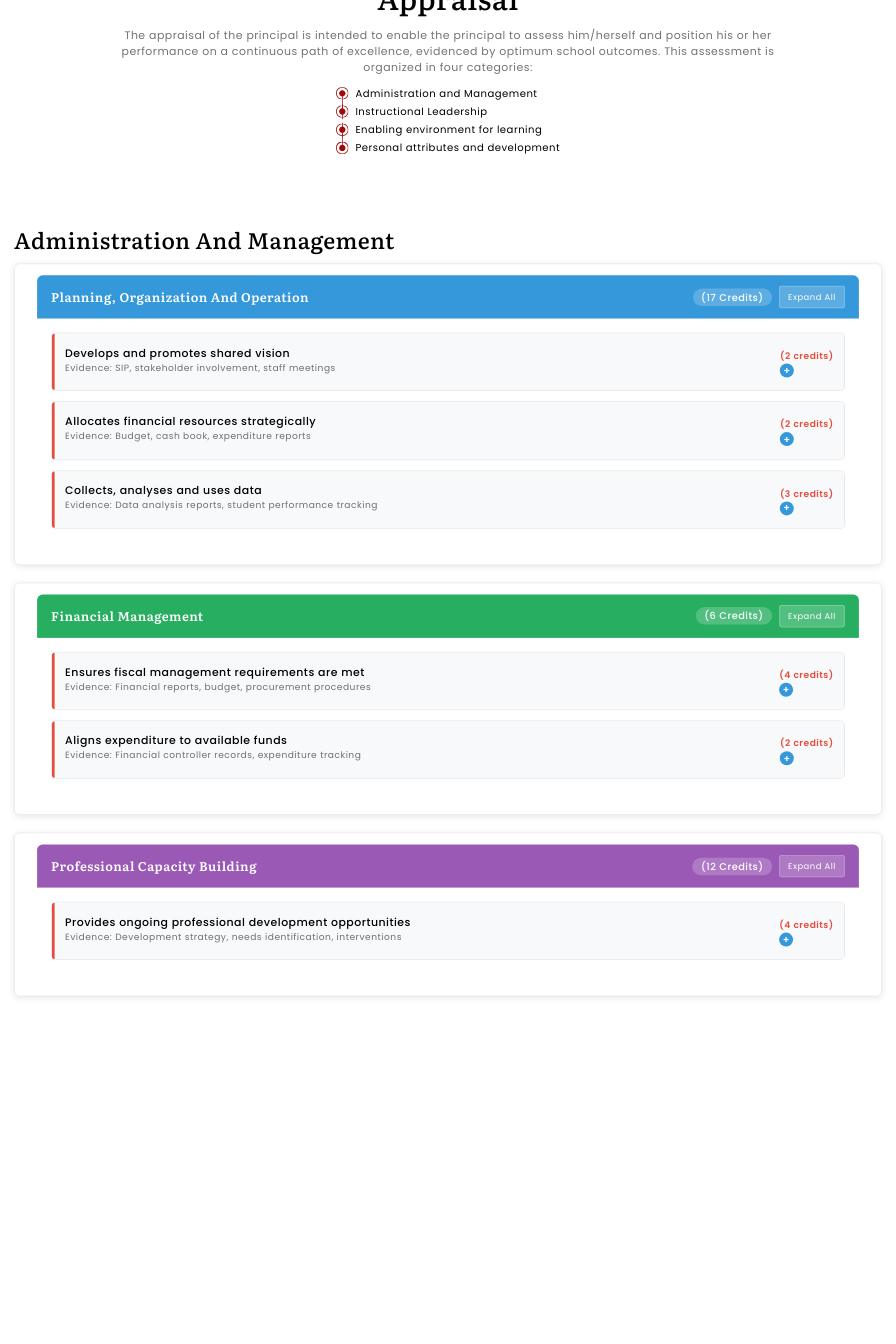
Repository: Dana204/principal-appraisal
Page: /
These files come from the project's save history. The page is drawn as it stood at one moment and after the next save; the edit follows.
The browser window is 1280 px wide. The pictures show the part of the page from y = 556 to 2476 px (the page is 2804 px tall before and 2767 px after), at 70% of full size.
Backgrounds fixed to the window are drawn as part of the page. The project was rebuilt for these pictures with package versions that can differ from the ones it lists, and the page was loaded fresh each time. Also part of the build but not shown: vite.config.js, src/components/ButtonFilled/ButtonFilled.css, src/components/ButtonFilled/ButtonFilled.jsx, src/components/HeroSection/HeroSection.css, src/components/SlidingText/SlidingText.css, src/components/SlidingText/SlidingText.jsx, src/components/HeroSection/HeroSection.jsx, src/components/SectionTitle/SectionTitle.css and 15 more.

Above is the page before, as saved 2025-08-02 09:28:02.

### index.html
<!doctype html>
<html lang="en">
  <head>
    <meta charset="UTF-8" />
    <link rel="icon" type="image/svg+xml" href="/vite.svg" />
    <meta name="viewport" content="width=device-width, initial-scale=1.0" />

    <link rel="preconnect" href="https://fonts.googleapis.com">
    <link rel="preconnect" href="https://fonts.gstatic.com" crossorigin>
    <link href="https://fonts.googleapis.com/css2?family=Literata:wght@200;300;400;500;600&family=Poppins:wght@200;300;400;500;600&display=swap" rel="stylesheet">


    <title>Vite + React</title>

  </head>
  <body>
    <div id="root"></div>
    <script type="module" src="/src/main.jsx"></script>
  </body>
</html>

### src/index.css
/** @format */

:root {
  --black: #000;
  --white: #fff;
  --cultured: #f8f9faff;
  /* --primary-color: #1A64A1ff; */
  --primary-color: #a30707;
  --secondary-color: #d10909;
  /* --primary-gradient: linear-gradient(90deg, #D10909, #FF3B3B, #FF6B6B, #333333); */
  /* --primary-gradient: linear-gradient(90deg, #D10909, #FF3B3B, #FF6B6B, #333333); */
  --primary-gradient: linear-gradient(90deg, #8b0606, #d10909, #ff3b3b);
  /* --primary-color: #0466c8; */
  /* --secondary-color: #E3F0FF; */
  --accent-color: #f5737f;
  /* --accent-color: #010E37ff; */
  --red: #e51e22;
  --oxford-blue: #010e37ff;
  --oxford-blue-2: #010e37ff;
  /* --red100: rgb(229, 31, 35, ); */

  /* --gray100: #e9ecef; */
  --gray100: #f2f4f6;
  --gray200: #e5e5e5;
  --gray300: #8d959d;
  --gray400: #6c757d;
  --gray500: #131515;
  --gray600: #16181d;
  /* --gray600: #16181d; */
  --gray700: #070606;
  --gray900: #1f1f1f;

  --literata: "Literata", serif;
  --box-shadow: 0 15px 30px rgba(0, 0, 0, 0.08);
  --box-shadow2: -20px 20px 20px rgba(0, 0, 0, 0.02);
  --box-shadow3: rgba(0, 0, 0, 0.08) 0px 7px 29px 0px;

  --px8: calc(8 / 16 * 1rem);
  --icon-size-sm: calc(14 / 16 * 1rem);
  --icon-size-md: calc(18 / 16 * 1rem);
  --icon-size-lg: calc(24 / 16 * 1rem);
  --icon-size-xl: calc(32 / 16 * 1rem);
  /* --icon-size-sm: calc(20 / 16 * 1rem); */

  --spacing-sm: calc(5 / 16 * 1rem); /* 5px */
  --spacing-md: calc(10 / 16 * 1rem); /* 10px */
  --spacing-lg: calc(15 / 16 * 1rem); /* 15px */
  --spacing-xl: calc(20 / 16 * 1rem); /* 20px */
  --spacing-xxl: calc(32 / 16 * 1rem); /* 32px */

  --font-size-xs: calc(10 / 16 * 1rem); /* 10px */
  --font-size-sm: calc(14 / 16 * 1rem); /* 14px */
  --br-main: calc(25 / 16 * 1rem); /* 25px */
}

*,
*::before,
*::after {
  margin: 0;
  padding: 0;
  font-family: "poppins", sans-serif;
  box-sizing: border-box;
  scroll-behavior: smooth;
  letter-spacing: 0.7px;
  color: var(--eerie-black);
}

h1,
h2,
h3,
h4,
h5,
h6 {
  font-family: var(--literata);
  line-height: 1.2;
  text-transform: capitalize;
  font-weight: 500;
}

/* Responsive header tags using CSS clamp() */
h1 {
  font-size: clamp(
    1.5rem,
    5vw + 1rem,
    2.5rem
  ); /* Scales between 1.5rem and 2.5rem */
  /* font-weight: 500; */
}

h2 {
  font-size: clamp(
    1.25rem,
    4vw + 1rem,
    2rem
  ); /* Scales between 1.25rem and 2rem */
  /* font-weight: 500; */
}

h3 {
  font-size: clamp(
    1.1rem,
    3vw + 1rem,
    1.5rem
  ); /* Scales between 1.1rem and 1.75rem */
  font-weight: 400;
}

h4 {
  font-size: clamp(
    1rem,
    2.5vw + 0.8rem,
    1.5rem
  ); /* Scales between 1rem and 1.5rem */
  font-weight: 400;
}

h5 {
  font-size: clamp(
    0.9rem,
    2vw + 0.8rem,
    1.25rem
  ); /* Scales between 0.9rem and 1.25rem */
}

h6 {
  font-size: 1rem;
}

a {
  text-decoration: none;
}

ul {
  list-style-type: none;
}

button {
  /* outline: none; */
  cursor: pointer;
}

input {
  outline: none;
}

address {
  font-style: normal;
}

.container {
  max-width: 1500px;
  /* max-width: 1280px; */
  margin: 0 auto;
  padding: 0 var(--spacing-xl);
}

.grid-container {
  display: grid;
  grid-template-columns: repeat(auto-fit, minmax(250px, 1fr));
  gap: var(--spacing-xl);
}

.text-muted {
  color: var(--gray500);
  font-weight: 400;
  font-size: 0.975rem;
  opacity: 0.6;
}

.section-title {
  background: var(--gray100);
  padding: 0.5rem;
  border-radius: 8px;
  margin-bottom: 1rem;
  width: fit-content;
}

.section-subitem {
  background: var(--gray100);
  border: 1px solid var(--gray200);
  padding: 1rem 2rem;
  border-radius: 8px;
}

### src/App.jsx
/** @format */

import HomeSection from "./components/sections/HomeSection/HomeSection";
import ServicesSection from "./components/sections/ServicesSection/ServicesSection";
import NewsSection from "./components/sections/NewsSection/NewsSection";
import NetworkSection from "./components/sections/NetworkSection/NetworkSection";
import ContactSection from "./components/ContactSection/ContactSection";
import Footer from "./components/Footer/Footer";
import { Administration } from "./components/sections/Administration/Administration";

function App() {
  return (
    <>
      <HomeSection />
      <Administration />
      {/* <AboutSection />

			<ServicesSection />
			<NetworkSection />
			<NewsSection />
			<ContactSection />
			<Footer /> */}
    </>
  );
}

export default App;

### src/components/sections/HomeSection/HomeSection.jsx
/** @format */

import React from "react";
import HeaderTop from "../../HeaderTop/HeaderTop";
import Navbar from "../../Navbar/Navbar";
import HeroSection from "../../HeroSection/HeroSection";
import "./HomeSection.css";
import StyledList from "../../StyledList/StyledList";
import ButtonFilled from "../../ButtonFilled/ButtonFilled";

const HomeSection = () => {
  var data = [
    "Administration and Management",
    "Instructional Leadership",
    "Enabling environment for learning",
    "Personal attributes and development",
  ];
  return (
    <div className="home-section" id="home">
      <HeaderTop />
      <Navbar />
      <div className="home-section__banner container"></div>
      <div className="home-section__main container">
        <span className="section-title">Introduction</span>

        <h1>
          Principal Performance <br></br>Appraisal
        </h1>
        <p className="home-section__main-message text-muted">
          The appraisal of the principal is intended to enable the principal to
          assess him/herself and position his or her performance on a continuous
          path of excellence, evidenced by optimum school outcomes. This
          assessment is organized in four categories:
        </p>
        <StyledList items={data} />
      </div>
    </div>
  );
};

export default HomeSection;

### src/components/HeaderTop/HeaderTop.jsx
/** @format */

import React from "react";
import EmailIcon from "../../assets/icons/email.svg?react";
import PhoneIcon from "../../assets/icons/phone.svg?react";
import LocationIcon from "../../assets/icons/location.svg?react";
import InstagramIcon from "../../assets/icons/instagram.svg?react";
import LinkedInIcon from "../../assets/icons/linkedin.svg?react";
import TwitterIcon from "../../assets/icons/twitter.svg?react";
import "./HeaderTop.css";

const HeaderTop = () => {
  return (
    <div className="header-top">
      <div className="container">
        <span>Principal Performance Appraisal | Stacey Wilson-Reynolds</span>
        <span>
          {/* <b>Prepared By</b>: Stacey Wilson-Reynolds */}
          Every child can learn, every child must learn
        </span>
      </div>
    </div>
  );
};

export default HeaderTop;

### src/components/Navbar/Navbar.jsx
/** @format */

import React, { useState, useEffect } from "react";
import Logo from "../../assets/images/coat-of-arms.png";
import MenuIcon from "../../assets/icons/menu.svg?react";
import { Link, scrollSpy } from "react-scroll";
import ButtonFilled from "../ButtonFilled/ButtonFilled";
import "./Navbar.css";

const Navbar = () => {
  const navList = [
    "home",
    "Administration and Management",
    "Instructional Leadership",
    "Enabling Environment for Learning",
    "Personal attributes and development",
  ];

  const [scrolled, setScrolled] = useState(false);
  const [toggleMenu, setToggleMenu] = useState(false);

  const menuHandler = () => {
    setToggleMenu(!toggleMenu);
  };

  const scrollHandler = () => {
    if (window.scrollY > 50) {
      setScrolled(true);
    } else {
      setScrolled(false);
    }
  };

  useEffect(() => {
    scrollSpy.update();
  }, []);

  useEffect(() => {
    window.addEventListener("scroll", scrollHandler);
    return () => window.removeEventListener("scroll", scrollHandler);
  }, []);

  return (
    <nav aria-label="Main Navigation" className={scrolled ? "scrolled" : ""}>
      <div className="navbar container">
        <a href="https://moey.gov.jm/" aria-label="Homepage" target="_blank">
          <img alt="site logo" src={Logo} />
          <span>
            {" "}
            The Ministry of <br></br>Education
          </span>
        </a>
        <ul
          className={`navbar__list ${toggleMenu ? "toggled" : ""}`}
          role="list"
        >
          {navList.map((link, idx) => (
            <li key={idx}>
              <Link
                to={link.replaceAll(" ", "")}
                spy={true}
                smooth={true}
                duration={500}
                offset={-70}
                activeClass="active"
                isDynamic={true}
                tabIndex="0"
                aria-label={`Go to ${link} section`}
              >
                {link}
              </Link>
            </li>
          ))}
        </ul>

        <button onClick={menuHandler} className="navbar__menu">
          <MenuIcon />
        </button>
      </div>
    </nav>
  );
};

export default Navbar;

### src/components/sections/HomeSection/HomeSection.css
.home-section {
  position: relative;
}

.home-section__gradient {
  /* background: linear-gradient(110deg, #000 62%, transparent 60%); */
  background: linear-gradient(110deg, rgba(0, 0, 0, 0.9) 62%, transparent 60%);
  position: absolute;
  top: 0;
  bottom: 0;
  width: 100%;
}

.home-section__banner {
  border-radius: var(--br-main);
  background: url("../../../src/assets/images/home-banner.jpg");
  background-position: center;
  background-attachment: fixed;
  background-size: cover;
  background-repeat: no-repeat;
  display: flex;
  flex-wrap: wrap;
  align-items: center;
  min-height: 30vh;
  width: 100%;
}

.home-section__main {
  margin-top: 3rem;
  display: flex;
  flex-direction: column;
  justify-content: center;
  align-items: center;
  padding-top: var(--spacing-xl);
  padding-bottom: var(--spacing-xl);
  text-align: center;
}

.home-section__main > p {
  margin-top: 1rem;
}
.home-section__main-message {
  width: 100ch;
  margin-bottom: 1rem;
}

.home-section__main h1 {
  font-size: clamp(2rem, 2vw + 1rem, 46px);
}

.home-section__main > div h1 mark {
  color: var(--primary-color);
  background: transparent;
  font-family: var(--literata);
}

@media (max-width: 48rem) {
  .home-section__gradient {
    display: none;
  }
}

### src/components/StyledList/StyledList.jsx
import React from 'react'
import './StyledList.css'
import BulletIcon from '../../assets/icons/bullet2.svg?react'

const StyledList = ({items,variant='light', className=''}) => {
  return (
		<ul
			className={`styled-list ${className} ${variant}`}
			role='list'>
			{items.map((item, idx) => (
				<li key={idx}>
					<BulletIcon />
					<span>{item}</span>
				</li>
			))}
		</ul>
  );
}

export default StyledList

### src/components/sections/Administration/Administration.css
/** @format */

.administration {
  padding-top: 5rem;
  padding-bottom: 50rem;
}

.administration > h2 {
  margin-bottom: 1rem;
}

### src/components/SectionSubitem/SectionSubitem.jsx
import React, { useState } from "react";
import "./SectionSubitem.css";
import AccordionItem from "../AccordionItem/AccordionItem";
const SectionSubitem = ({
  title,
  titleBgColor = "#3498db",
  items = [],
  credits,
  className = "",
}) => {
  const [openItems, setOpenItems] = useState(new Set());

  const toggleItem = (index) => {
    const newOpenItems = new Set(openItems);
    if (newOpenItems.has(index)) {
      newOpenItems.delete(index);
    } else {
      newOpenItems.add(index);
    }
    setOpenItems(newOpenItems);
  };

  const toggleAll = () => {
    if (openItems.size === items.length) {
      setOpenItems(new Set());
    } else {
      setOpenItems(new Set(items.map((_, index) => index)));
    }
  };

  return (
    <div className={`section-subitem ${className}`}>
      <div
        className="section-subitem-header"
        style={{ backgroundColor: titleBgColor }}
      >
        <h3 className="section-subitem-title">
          {title}
          {credits && (
            <span className="credits-badge">({credits} credits)</span>
          )}
        </h3>
        {items.length > 0 && (
          <button className="toggle-all-btn" onClick={toggleAll} type="button">
            {openItems.size === items.length ? "Collapse All" : "Expand All"}
          </button>
        )}
      </div>
      <div className="section-subitem-body">
        {items.map((item, index) => (
          <AccordionItem
            key={index}
            title={item.title}
            credits={item.credits}
            evidence={item.evidence}
            detailContent={item.detailContent}
            isOpen={openItems.has(index)}
            onToggle={() => toggleItem(index)}
          />
        ))}
      </div>
    </div>
  );
};

export default SectionSubitem;

### src/components/HeaderTop/HeaderTop.css
.header-top {
  padding-top: var(--spacing-md);
  padding-bottom: var(--spacing-md);
  background: linear-gradient(
    110deg,
    rgba(0, 0, 0, 0.9) 60%,
    var(--gray100) 60%
  );
}

.header-top > div {
  display: flex;
  justify-content: space-between;
  font-size: 0.9rem;
}

.header-top > div span:first-child {
  color: var(--white);
}

@media (max-width: 860px) {
  .header-top {
    display: none;
  }
}

### src/components/Navbar/Navbar.css
/** @format */

nav {
  padding: 1rem 0;
  position: relative;
  top: 0;
  z-index: 1000;
  background: var(--white);
  width: 100%;
}

nav.scrolled {
  position: fixed;
  box-shadow: 0 4px 10px rgba(0, 0, 0, 0.1);
  padding-top: 0.4rem;
  padding-bottom: 0.4rem;
  transition: all ease-in 0.5s;
}

nav.scrolled .navbar > a {
  font-size: 1.5rem;
  transition: all ease-in 0.5s;
}

.navbar {
  display: flex;
  align-items: center;
  justify-content: space-between;
}

.navbar__menu {
  display: none;
  background: transparent;
  border: 0;
}

.navbar__menu svg {
  height: var(--icon-size-xl);
  width: var(--icon-size-xl);
}

.navbar-header {
  display: flex;
  align-items: center;
  gap: 0.5rem;
}

.navbar-header > a {
  width: 40%;
  margin: 0 auto;
  text-align: center;
}
.navbar-header > a span {
  font-family: var(--literata);
  font-size: clamp(1.5rem, 1.5vw + 0.5rem, 2rem);
  line-height: 1;
  margin-top: 5px;
}

.navbar-header > a img {
  height: clamp(50px, 5vw, 80px);
  transition: height 0.2s ease-out;
  display: block;
  margin: 0 auto;
}

.navbar > a {
  display: flex;
  align-items: center;
  gap: 0.5rem;
}

.navbar > a span {
  font-family: var(--literata);
  font-size: clamp(1.5rem, 1.5vw + 0.5rem, 2rem);
  line-height: 1;
  margin-top: 5px;
}

.navbar > a img {
  height: clamp(50px, 5vw, 80px);
  transition: height 0.2s ease-out;
}

/* Updated to target the correct class name */
.navbar__list {
  display: flex;
  flex-wrap: wrap;
  gap: var(--spacing-xl);
  max-width: 50%;
  margin-left: auto;
  padding: 0;
  text-align: right;
  justify-content: flex-end;
  align-items: center;
  list-style: none;
}

.navbar__list li a {
  text-align: right;
  font-size: var(--font-size-sm);
  text-transform: capitalize;
  cursor: pointer;
  position: relative;
  display: block;
}

.navbar__list li a:hover,
.navbar__list li a.active {
  color: var(--secondary-color);
}

.navbar__list li a::after {
  content: "";
  position: absolute;
  bottom: calc(-1 * var(--spacing-lg));
  left: 50%;
  transform: translateX(-50%);
  height: 5px;
  width: 5px;
  background: var(--secondary-color);
  border-radius: 25px;
  visibility: hidden;
}

.navbar__list li a:hover::after,
.navbar__list li a.active::after {
  transition: all ease-in 0.2s;
  visibility: visible;
  bottom: calc(-1 * var(--spacing-sm));
}

@media (max-width: 860px) {
  .navbar__menu {
    display: block;
  }

  .navbar__list {
    flex-direction: column;
    justify-content: space-evenly;
    align-items: center;
    background-color: var(--white);
    position: fixed;
    top: 0;
    left: -100%;
    height: 100vh;
    padding: var(--spacing-lg);
    width: 50%;
    transition: left ease-in 0.5s;
  }

  .navbar__list.toggled {
    left: 0;
  }

  .navbar__btn {
    display: none;
  }
}

### src/components/StyledList/StyledList.css
.styled-list li {
  position: relative;
  flex-wrap: wrap;
  display: flex;
  flex-wrap: nowrap;
  align-items: center;
  gap: var(--spacing-md);
}

.styled-list li:not(:last-child) {
  margin-bottom: var(--spacing-sm);
}

.styled-list li span {
  font-weight: 400;
  font-size: 0.9rem;
}
/* .styled-list.light li span {
  color: var(--white);
} */
.styled-list.dark li span {
  color: var(--black);
}

.styled-list li::before {
  content: "";
  position: absolute;
  left: calc(var(--icon-size-md) / 2);
  width: 1px;
  height: 100%;
  background: var(--primary-color);
}

.styled-list li:first-child::before {
  top: 50%;
}

.styled-list li:last-child::before {
  bottom: 50%;
}

.styled-list li svg {
  flex-shrink: 0;
  height: var(--icon-size-md);
  width: var(--icon-size-md);
  color: var(--primary-color);
}

### src/components/SectionSubitem/SectionSubitem.css
.demo-container h2 {
  text-align: center;
  color: #2c3e50;
  margin-bottom: 30px;
  font-size: 24px;
}

.section-subitem {
  margin-bottom: 25px;
  border-radius: 8px;
  box-shadow: 0 2px 10px rgba(0, 0, 0, 0.1);
  overflow: hidden;
  background: white;
}

.section-subitem-header {
  padding: 15px 20px;
  border-radius: 8px 8px 0 0;
  display: flex;
  justify-content: space-between;
  align-items: center;
  flex-wrap: wrap;
  gap: 10px;
}

.section-subitem-title {
  margin: 0;
  color: white;
  font-size: 18px;
  font-weight: 600;
  display: flex;
  justify-content: space-between;
  align-items: center;
  flex: 1;
}

.credits-badge {
  font-size: 14px;
  font-weight: 500;
  background: rgba(255, 255, 255, 0.2);
  padding: 4px 12px;
  border-radius: 15px;
  margin-left: 10px;
}

.toggle-all-btn {
  background: rgba(255, 255, 255, 0.2);
  color: white;
  border: 1px solid rgba(255, 255, 255, 0.3);
  padding: 6px 12px;
  border-radius: 4px;
  cursor: pointer;
  font-size: 12px;
  transition: all 0.3s ease;
}

.toggle-all-btn:hover {
  background: rgba(255, 255, 255, 0.3);
}

.section-subitem-body {
  padding: 20px;
  background: white;
}

### src/components/AccordionItem/AccordionItem.jsx
import React, { useState } from "react";
import "./AccordionItem.css";

const AccordionItem = ({
  title,
  credits,
  evidence,
  detailContent,
  isOpen,
  onToggle,
}) => {
  return (
    <div className="accordion-item">
      <div
        className="accordion-header"
        onClick={onToggle}
        role="button"
        tabIndex={0}
        onKeyDown={(e) => e.key === "Enter" && onToggle()}
      >
        <div className="action-text">
          <span className="action-title">{title}</span>
          <div className="evidence-text text-muted">Evidence: {evidence}</div>
        </div>
        <div>
          <span className="action-credits">({credits} credits)</span>
          <div className="accordion-icon">{isOpen ? "−" : "+"}</div>
        </div>
      </div>

      {isOpen && (
        <div className="accordion-content">
          <div className="accordion-content-inner">
            {typeof detailContent === "string" ? (
              <div dangerouslySetInnerHTML={{ __html: detailContent }} />
            ) : (
              detailContent
            )}
          </div>
        </div>
      )}
    </div>
  );
};

export default AccordionItem;

### src/components/AccordionItem/AccordionItem.css
.accordion-item {
  margin-bottom: 15px;
  border: 1px solid #e0e0e0;
  border-radius: 6px;
  overflow: hidden;
  transition: all 0.3s ease;
}

.accordion-item:hover {
  box-shadow: 0 2px 8px rgba(0, 0, 0, 0.1);
}

.accordion-header {
  display: flex;
  align-items: center;
  justify-content: space-between;
  padding: 15px;
  background: #f8f9fa;
  cursor: pointer;
  border-left: 4px solid #e74c3c;
  transition: all 0.3s ease;
  position: relative;
  user-select: none;
}

.accordion-header:hover {
  background: var(--gray200);
}

/* .accordion-header:focus {
  outline: 2px solid #3498db;
  outline-offset: -2px;
} */

.action-text {
  /* display: flex;
  align-items: center;
  justify-content: space-between; */
  /* align-items: flex-start; */
  margin-bottom: 8px;
  flex-wrap: wrap;
  gap: 10px;
  padding-right: 30px;
}

.action-title {
  font-weight: 500;
  font-size: 0.975rem;
  flex: 1;
}

.action-credits {
  color: #e74c3c;
  font-weight: 600;
  font-size: 13px;
  white-space: nowrap;
}

.evidence-text {
  /* color: #7f8c8d;
  font-size: 12px;
  font-style: italic; */
  font-size: 13px;
  line-height: 1.4;
  padding-right: 30px;
}

.accordion-icon {
  /* position: absolute;
  right: 15px;
  top: 50%;
  transform: translateY(-50%); */
  width: 20px;
  height: 20px;
  background: #3498db;
  color: white;
  border-radius: 50%;
  display: flex;
  align-items: center;
  justify-content: center;
  font-size: 14px;
  font-weight: bold;
  transition: all 0.3s ease;
}

.accordion-content {
  border-top: 1px solid #e0e0e0;
  background: white;
  animation: slideDown 0.3s ease-out;
}

.accordion-content-inner {
  padding: 20px;
}

.accordion-content h4 {
  margin: 0 0 10px 0;
  color: #2c3e50;
  font-size: 14px;
  font-weight: 600;
}

.accordion-content ul {
  margin: 8px 0;
  padding-left: 20px;
}

.accordion-content li {
  margin-bottom: 5px;
  color: #34495e;
  font-size: 13px;
  line-height: 1.4;
}

.accordion-content p {
  margin: 8px 0;
  color: #34495e;
  font-size: 13px;
  line-height: 1.5;
}

@keyframes slideDown {
  from {
    opacity: 0;
    max-height: 0;
  }
  to {
    opacity: 1;
    max-height: 500px;
  }
}

Loaded but not shown: src/main.jsx (common file); src/components/sections/Administration/Administration.jsx (215 lines, source omitted); src/components/ContactSection/ContactSection.css (no stored copy; drawn as an empty file); src/components/Footer/Footer.css (no stored copy; drawn as an empty file)

After the next save:
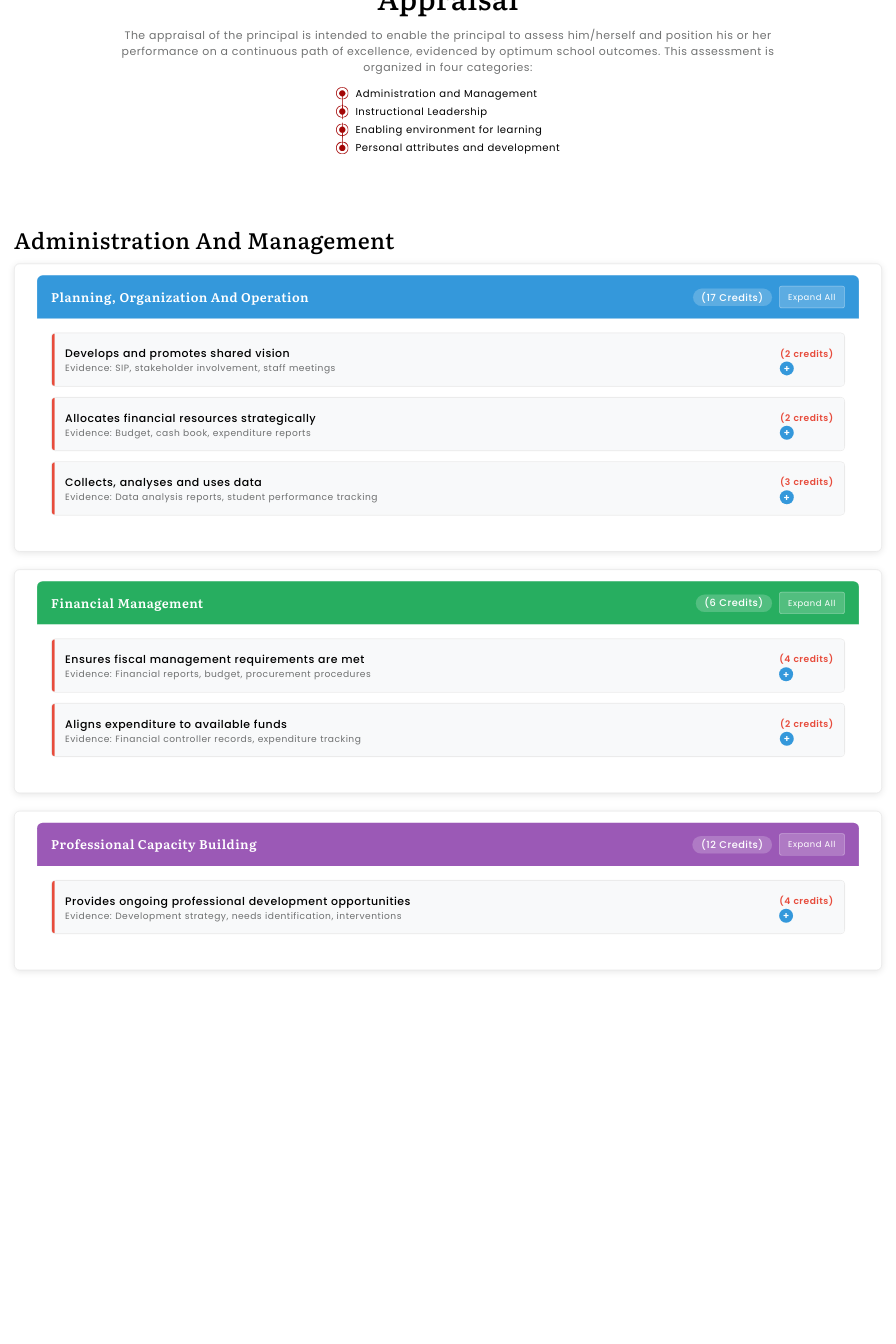
Saved 23 s later.
--- a/src/components/AccordionItem/AccordionItem.css
+++ b/src/components/AccordionItem/AccordionItem.css
@@ -31,17 +31,6 @@
   outline: 2px solid #3498db;
   outline-offset: -2px;
 } */
-
-.action-text {
-  /* display: flex;
-  align-items: center;
-  justify-content: space-between; */
-  /* align-items: flex-start; */
-  margin-bottom: 8px;
-  flex-wrap: wrap;
-  gap: 10px;
-  padding-right: 30px;
-}
 
 .action-title {
   font-weight: 500;
